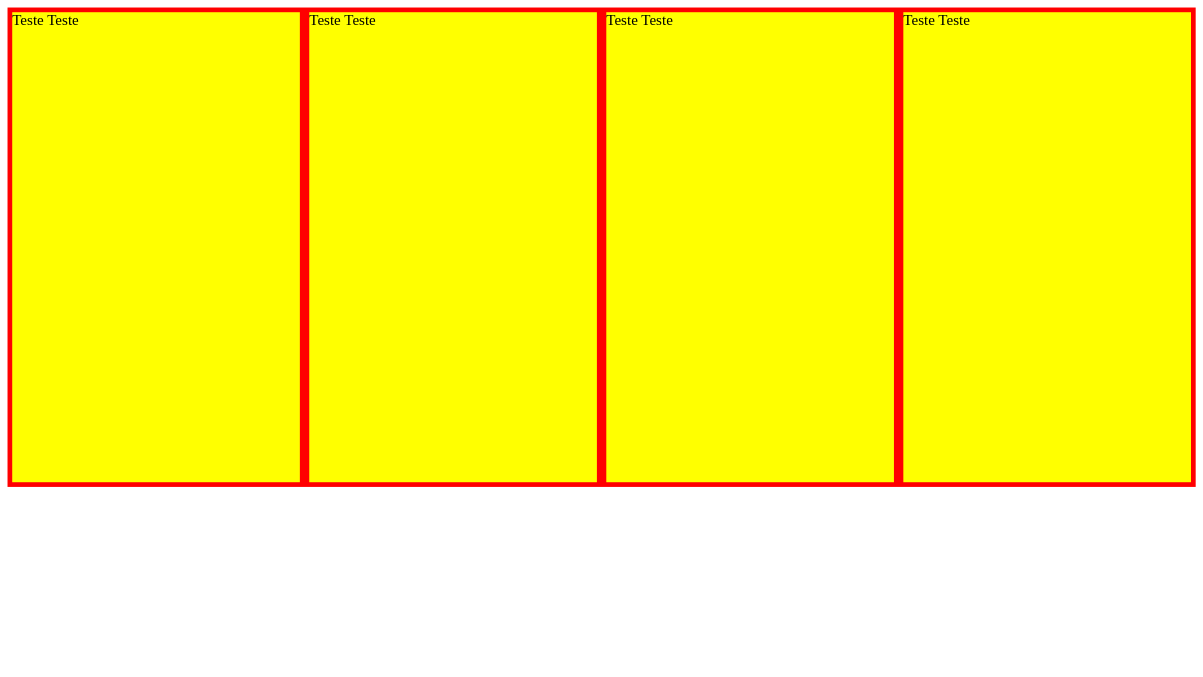
Repository: Leandromarim/Curso_Origamid
Page: index.html
These files come from the project's save history. The page is drawn as it stood at one moment and after the next save; the edit follows.
The browser window is 1280 px wide. The pictures show the whole page, at 94% of full size.

Above is the page before, as saved 2023-07-19 00:36:37.

### index.html
<!DOCTYPE html>
<html lang="pt-br">

<head>
    <meta charset="UTF-8">
    <meta name="viewport" content="width=device-width, initial-scale=1.0">
    <link rel="stylesheet" href="./css/stylesheet.css">
    <title>Meu Currículo</title>
</head>

<body>
    <section class="container">
        <div class="item">Teste Teste</div>
        <div class="item">Teste Teste</div>
        <div class="item">Teste Teste</div>
        <div class="item">Teste Teste</div>
    </section>
</body>

</html>

### css/stylesheet.css
section.container {
    display: flex;
    position: relative;
    background-color: red;
    align-items: center;
    justify-content: center;
}

div.item {
    display: flex;
    flex-wrap: wrap;
    position: relative;
    width: 500px;
    height: 500px;
    margin: 5px;
    background-color: yellow
}

After the next save:
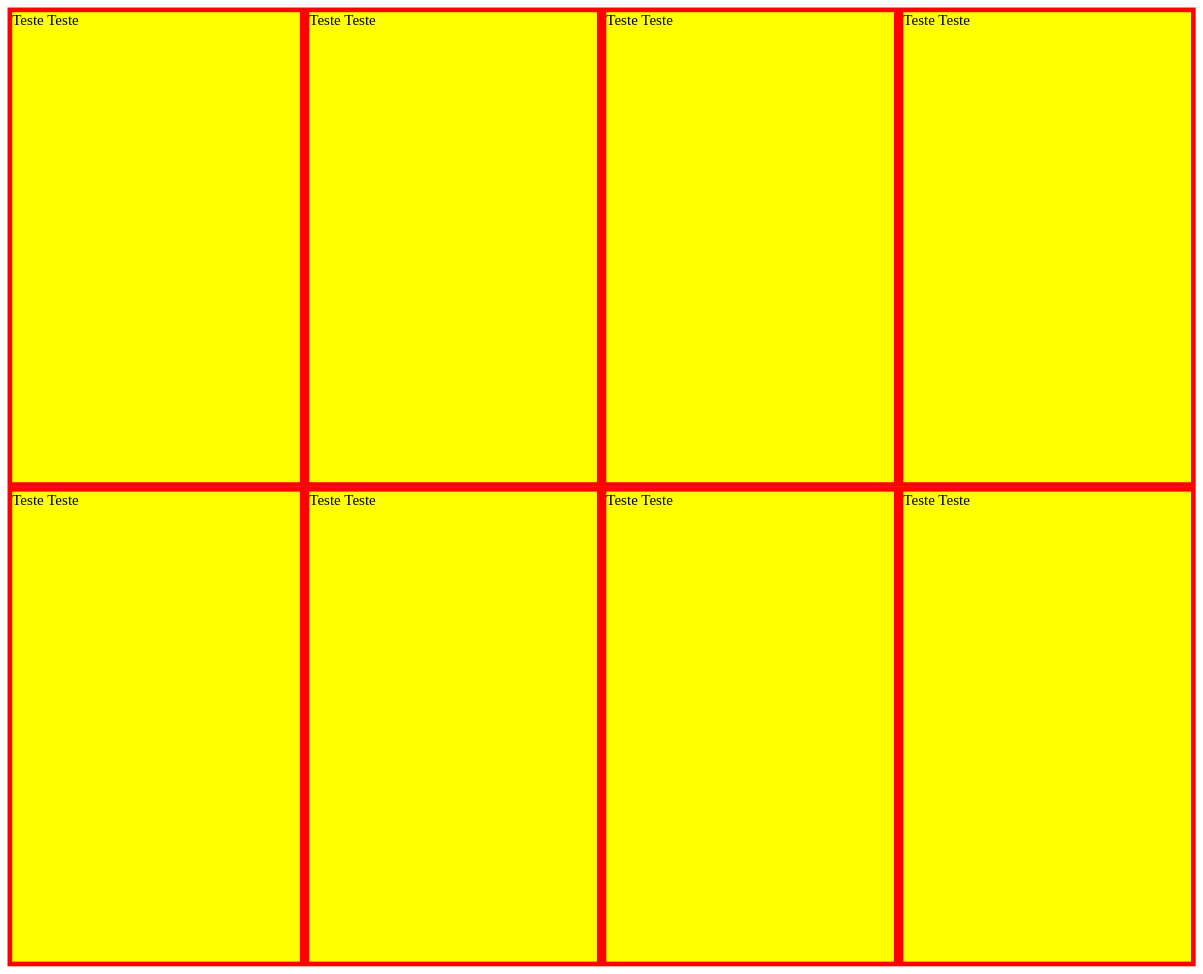
Saved 8 s later.
--- a/index.html
+++ b/index.html
@@ -15,6 +15,12 @@
         <div class="item">Teste Teste</div>
         <div class="item">Teste Teste</div>
     </section>
+    <section class="container">
+        <div class="item">Teste Teste</div>
+        <div class="item">Teste Teste</div>
+        <div class="item">Teste Teste</div>
+        <div class="item">Teste Teste</div>
+    </section>
 </body>
 
 </html>
